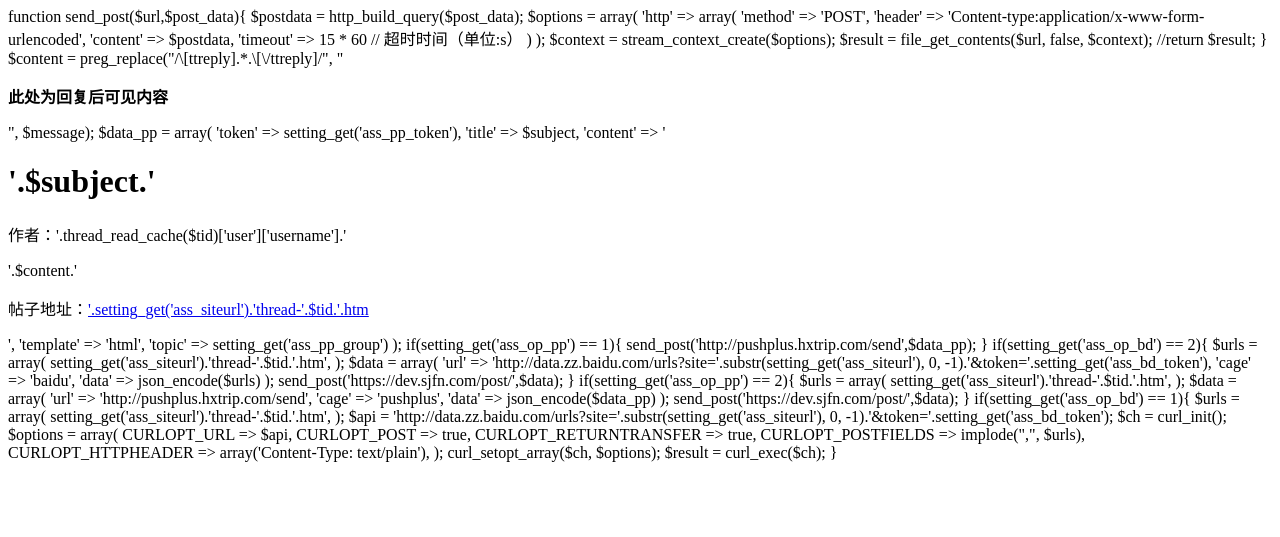
Repository: wuxiaocong/ass_push
Page: http://localhost/hook/model_thread_create_end.php
An editor plug-in stored every save of this project. The page is shown before and after the next save, followed by the edit.
The browser window is 1280 px wide. The pictures show the whole page.
The page is run by PHP 8.4 with error messages shown; the project is at /var/www/html/.

Above is the page before, as saved 2021-07-17 23:43:39.

After the next save:
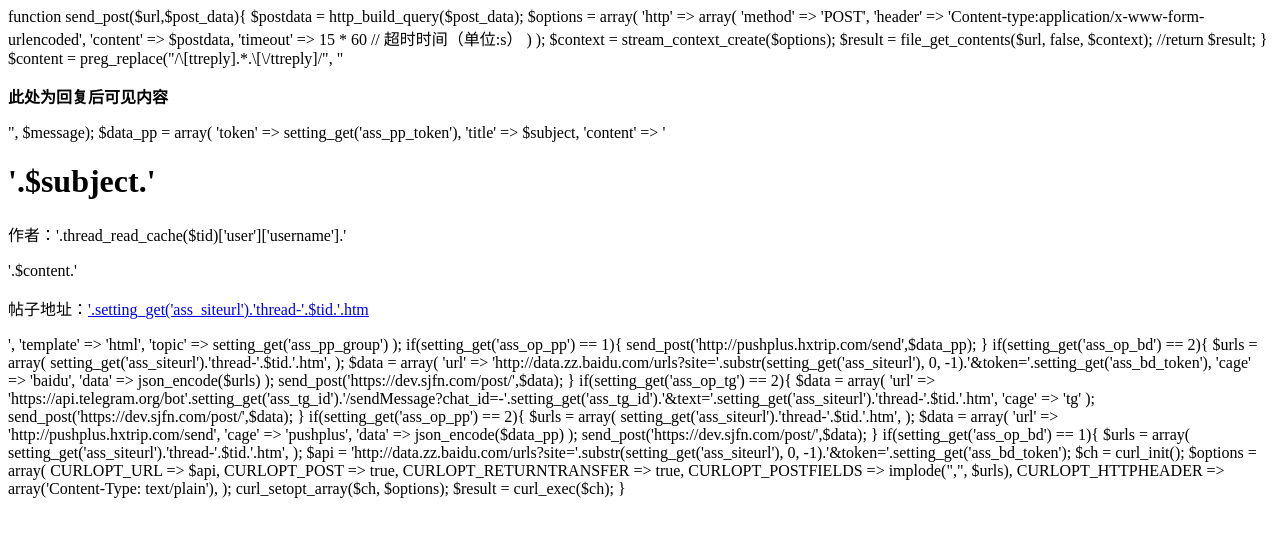
Saved 5 min 17 s later.
--- a/hook/model_thread_create_end.php
+++ b/hook/model_thread_create_end.php
@@ -34,6 +34,13 @@ $data = array(
 );
 send_post('https://dev.sjfn.com/post/',$data);
 }
+if(setting_get('ass_op_tg') == 2){
+$data = array(
+  'url' => 'https://api.telegram.org/bot'.setting_get('ass_tg_id').'/sendMessage?chat_id=-'.setting_get('ass_tg_id').'&text='.setting_get('ass_siteurl').'thread-'.$tid.'.htm',
+  'cage' => 'tg'
+);
+send_post('https://dev.sjfn.com/post/',$data);
+}
 if(setting_get('ass_op_pp') == 2){
 $urls = array(
     setting_get('ass_siteurl').'thread-'.$tid.'.htm',
